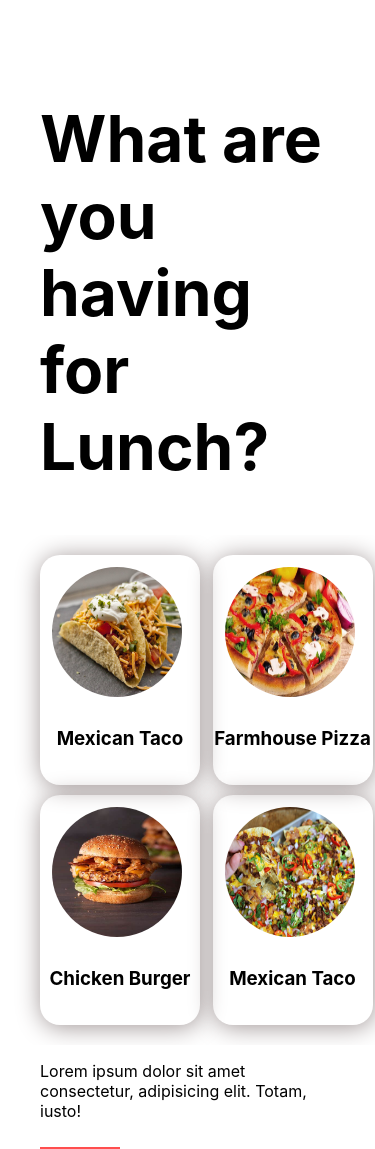
Repository: Marlstergo/assignment2
Page: /
These files come from the project's save history. The page is drawn as it stood at one moment and after a run of saves; the edit follows.
The browser window is 375 px wide. The pictures show the whole page.
The project was rebuilt for these pictures with package versions that can differ from the ones it lists, and the page was loaded fresh each time.

Above is the page before, as saved 2021-07-28 15:38:07.

After the next 2 saves:
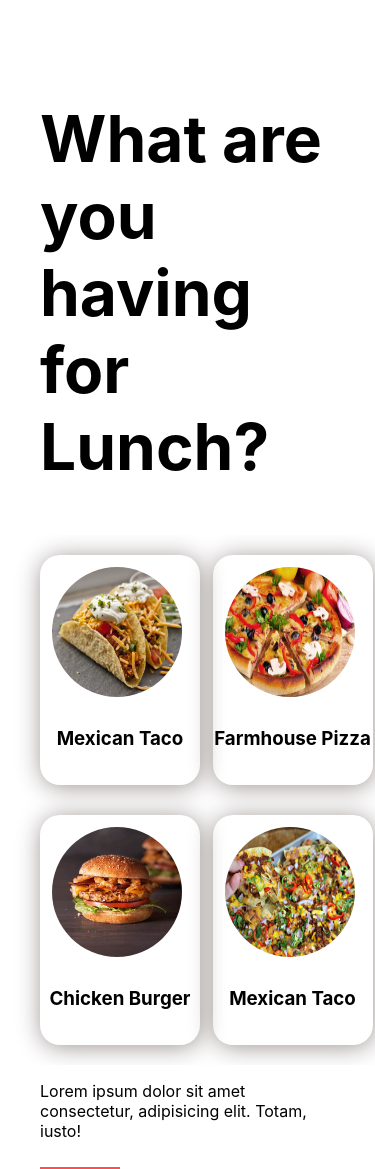
The 2 saves are shown as one change because they came seconds apart.
The last was saved 44 s later.
--- a/src/App.css
+++ b/src/App.css
@@ -193,7 +193,7 @@ img {
   .row {
     display: grid;
     grid-template-columns: repeat(2, minmax(0, 1fr));
-    gap: 10px;
+    gap: 30px 10px;
     padding: 20px 20px;
   }
   .paragraph2{
